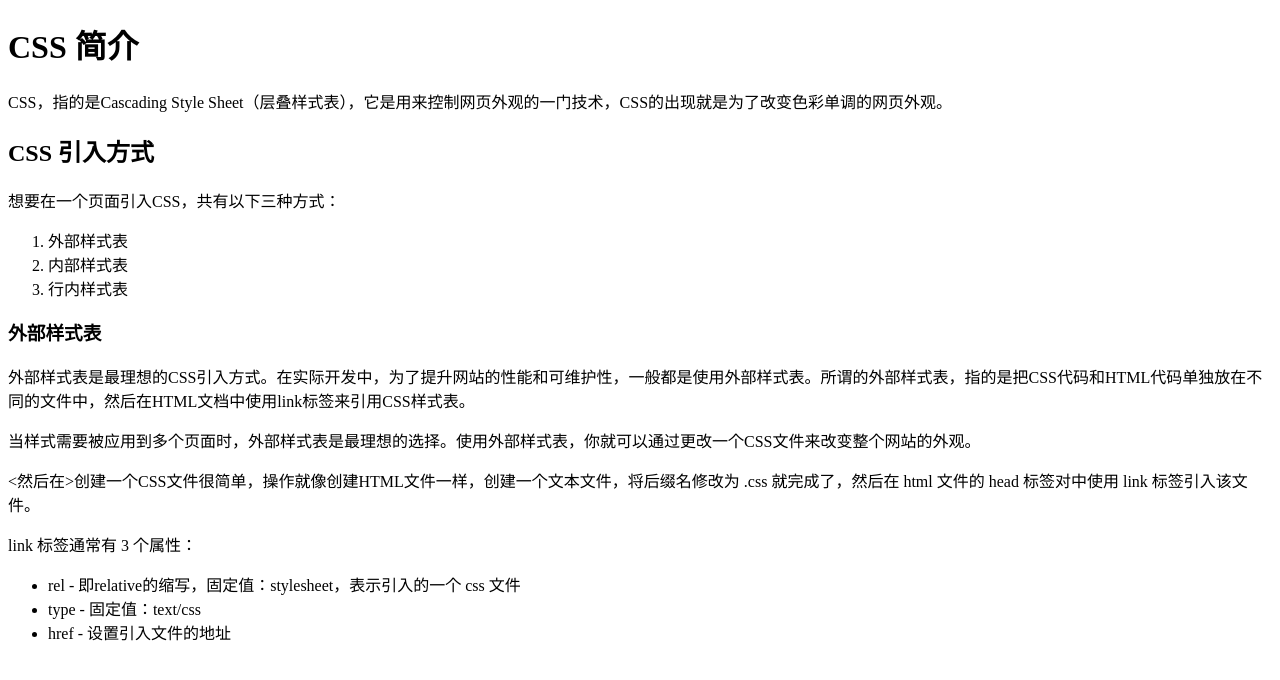
Repository: liang-n/front-end-basics
Page: 11-CSS简介.html
An editor plug-in stored every save of this project. The page is shown before and after the next save, followed by the edit.
The browser window is 1280 px wide. The pictures show the whole page.

Above is the page before, as saved 2022-05-15 20:47:05.

After the next save:
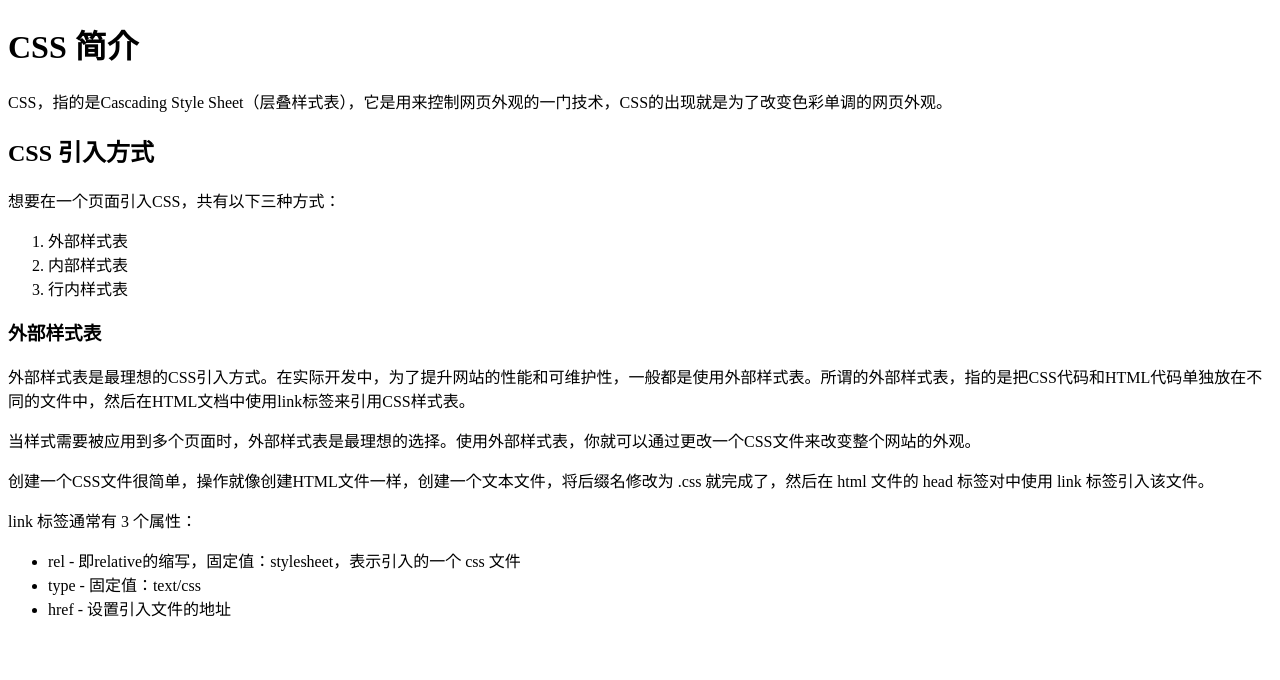
Saved 7 s later.
--- a/11-CSS简介.html
+++ b/11-CSS简介.html
@@ -24,7 +24,7 @@
     <p>外部样式表是最理想的CSS引入方式。在实际开发中，为了提升网站的性能和可维护性，一般都是使用外部样式表。所谓的外部样式表，指的是把CSS代码和HTML代码单独放在不同的文件中，然后在HTML文档中使用link标签来引用CSS样式表。
     </p>
     <p>当样式需要被应用到多个页面时，外部样式表是最理想的选择。使用外部样式表，你就可以通过更改一个CSS文件来改变整个网站的外观。</p>
-    <然后在>创建一个CSS文件很简单，操作就像创建HTML文件一样，创建一个文本文件，将后缀名修改为 .css 就完成了，然后在 html 文件的 head 标签对中使用 link 标签引入该文件。</p>
+    <p>创建一个CSS文件很简单，操作就像创建HTML文件一样，创建一个文本文件，将后缀名修改为 .css 就完成了，然后在 html 文件的 head 标签对中使用 link 标签引入该文件。</p>
         <p>link 标签通常有 3 个属性：</p>
         <ul>
             <li>rel - 即relative的缩写，固定值：stylesheet，表示引入的一个 css 文件</li>
